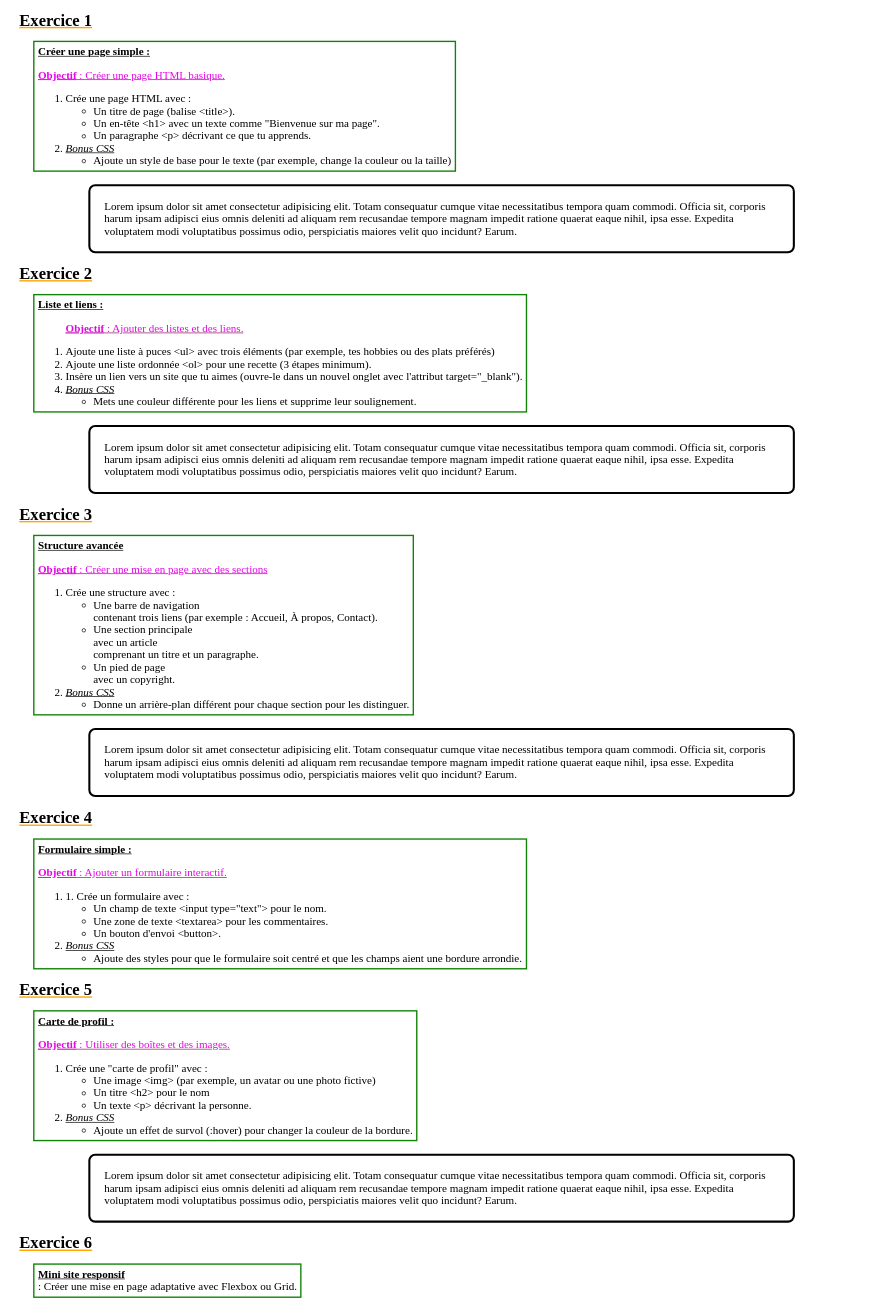
Repository: AnnaSpirit/Mimo_App
Page: Exercices_HTML&CSS.html
These files come from the project's save history. The page is drawn as it stood at one moment and after a run of saves; the edit follows.
The browser window is 1280 px wide. The pictures show the whole page, at 69% of full size.

Above is the page before, as saved 2024-12-08 11:01:28.

### Exercices_HTML&CSS.html
<!DOCTYPE html>
<html lang="en">
<head>
    <meta charset="UTF-8">
    <meta name="viewport" content="width=device-width, initial-scale=1.0">
    <link rel="stylesheet" href="styleCSS.css">
    <title>Exercices HTML & CSS</title>
</head>
<body>
<div>
    <h1>Exercice 1</h1>
    <span class="Consigne"><b>Créer une page simple :</b><br>
        <p><b>Objectif</b> : Créer une page HTML basique.</p>
        <ol>
            <li>Crée une page HTML avec :
                <ul>
                    <li>Un titre de page (balise &lt;title&gt;).</li>
                    <li>Un en-tête &lt;h1&gt; avec un texte comme "Bienvenue sur ma page".</li>
                    <li>Un paragraphe &lt;p&gt; décrivant ce que tu apprends.</li>
                </ul>
            </li>
            <li><em>Bonus CSS</em>
                <ul>
                    <li>Ajoute un style de base pour le texte (par exemple, change la couleur ou la taille)</li>
                </ul>
            </li>
        </ol>
    </span>
    <br>
    <br>
    <span class="Resultat">Lorem ipsum dolor sit amet consectetur adipisicing elit. Totam consequatur cumque vitae necessitatibus tempora quam commodi. Officia sit, corporis harum ipsam adipisci eius omnis deleniti ad aliquam rem recusandae tempore magnam impedit ratione quaerat eaque nihil, ipsa esse. Expedita voluptatem modi voluptatibus possimus odio, perspiciatis maiores velit quo incidunt? Earum.</span>

</div>
    <div>
        <h1>Exercice 2</h1>
    <span class="Consigne"><b>Liste et liens :</b>
        <ol>
            <p><b>Objectif</b> : Ajouter des listes et des liens.</p>
            <li>Ajoute une liste à puces &lt;ul&gt; avec trois éléments (par exemple, tes hobbies ou des plats préférés)</li>
            <li>Ajoute une liste ordonnée &lt;ol&gt; pour une recette (3 étapes minimum).</li>
            <li>Insère un lien <a> vers un site que tu aimes (ouvre-le dans un nouvel onglet avec l'attribut target="_blank").</li>
            <li><em>Bonus CSS</em>
                <ul>
                    <li>Mets une couleur différente pour les liens et supprime leur soulignement.</li>
                </ul>
            </li>
        </ol>
    </span>
    <br>
    <br>
    <span class="Resultat">Lorem ipsum dolor sit amet consectetur adipisicing elit. Totam consequatur cumque vitae
        necessitatibus tempora quam commodi. Officia sit, corporis harum ipsam adipisci eius omnis deleniti ad aliquam rem
        recusandae tempore magnam impedit ratione quaerat eaque nihil, ipsa esse. Expedita voluptatem modi voluptatibus
        possimus odio, perspiciatis maiores velit quo incidunt? Earum.</span>
    </div>
    <div>
        <h1>Exercice 3</h1>
        <span class="Consigne"><b>Structure avancée</b><br>
        <p><b>Objectif</b> : Créer une mise en page avec des sections</p>
        <ol>
            <li>Crée une structure avec :</li>
            <ul>
                <li>Une barre de navigation <nav> contenant trois liens (par exemple : Accueil, À propos, Contact).</li>
                <li>Une section principale <main> avec un article <article> comprenant un titre et un paragraphe.</li>
                <li>Un pied de page <footer> avec un copyright.</li>
            </ul>
            <li><em>Bonus CSS </em></li>
            <ul>
                <li>Donne un arrière-plan différent pour chaque section pour les distinguer.</li>
            </ul></li>
        </ol>
    </span>
    <br>
    <br>
    <span class="Resultat">Lorem ipsum dolor sit amet consectetur adipisicing elit. Totam consequatur cumque vitae
        necessitatibus tempora quam commodi. Officia sit, corporis harum ipsam adipisci eius omnis deleniti ad aliquam rem
        recusandae tempore magnam impedit ratione quaerat eaque nihil, ipsa esse. Expedita voluptatem modi voluptatibus
        possimus odio, perspiciatis maiores velit quo incidunt? Earum.</span>
    </div>
    <div>
        <h1>Exercice 4</h1>
    <span class="Consigne"><b>Formulaire simple :</b><br>
        <p><b>Objectif</b> : Ajouter un formulaire interactif.</p>
        <ol>
            <li>1. Crée un formulaire avec :</li>
                <ul>
                    <li>Un champ de texte &lt;input type="text"&gt; pour le nom.</li>
                    <li>Une zone de texte &lt;textarea&gt; pour les commentaires.</li>
                    <li>Un bouton d'envoi &lt;button&gt;.</li>
                </ul>
            </li>
            <li><em>Bonus CSS</em>
                <ul>
                    <li>Ajoute des styles pour que le formulaire soit centré et que les champs aient une bordure arrondie.</li>
                </ul>
            </li>
        </ol>
    </div>
    <div>
        <h1>Exercice 5</h1>
        <span class="Consigne"><b>Carte de profil :</b><br>
            <p><b>Objectif</b> : Utiliser des boîtes et des images.</p>
            <ol>
                <li>Crée une "carte de profil" avec :</li>
                    <ul>
                        <li>Une image &lt;img&gt; (par exemple, un avatar ou une photo fictive)</li>
                    <li>Un titre &lt;h2&gt; pour le nom</li>
                    <li>Un texte &lt;p&gt; décrivant la personne.</li>
                    </ul>
                <li><em>Bonus CSS</em></li>
                    <ul><li>Ajoute un effet de survol (:hover) pour changer la couleur de la bordure.</li></ul>
                </li>
            </ol>
            </span>
            <br>
            <br>
            <span class="Resultat">Lorem ipsum dolor sit amet consectetur adipisicing elit. Totam consequatur cumque vitae
                necessitatibus tempora quam commodi. Officia sit, corporis harum ipsam adipisci eius omnis deleniti ad aliquam rem
                recusandae tempore magnam impedit ratione quaerat eaque nihil, ipsa esse. Expedita voluptatem modi voluptatibus
                possimus odio, perspiciatis maiores velit quo incidunt? Earum.</span>
    </div>
    <div>
        <h1>Exercice 6</h1>
    <span class="Consigne"><b>Mini site responsif</b><br>
        : Créer une mise en page adaptative avec Flexbox ou Grid.
    </div>
</body>
</html>

### styleCSS.css
html{
    margin: 0 20px 0 20px;
}
h1{
    font-weight: bold;
    font-size: x-large;
    text-decoration: underline orange;
}

ol{
    margin-top: 5px;
    margin-bottom: 0;
}

.Consigne{
    border: 2px solid rgb(17, 132, 7);
        /* Une bordure noire de 2px */
        padding: 5px;
        /* Espace entre le texte et la bordure */
        display: inline-block;
        /* S'assurer que la bordure s'adapte au texte */
        margin: 0 20px;
            /* Décalage de 20px à droite et à gauche */
}
p{
    text-decoration: underline rgb(149, 18, 112);
    color: rgb(228, 7, 228);
}
b, em{
    font-family: fantasy;
    text-decoration: underline;
}
.Resultat{
    border: 3px solid black;
    /* Une bordure noire de 2px */
    padding: 20px;
    /* Espace entre le texte et la bordure */
    border-radius: 10px;
    /* Coins arrondis */
    display: inline-block;
    /* S'assurer que la bordure s'adapte au texte */
    margin: 0 100px 0 100px;
}

After the next 2 saves:
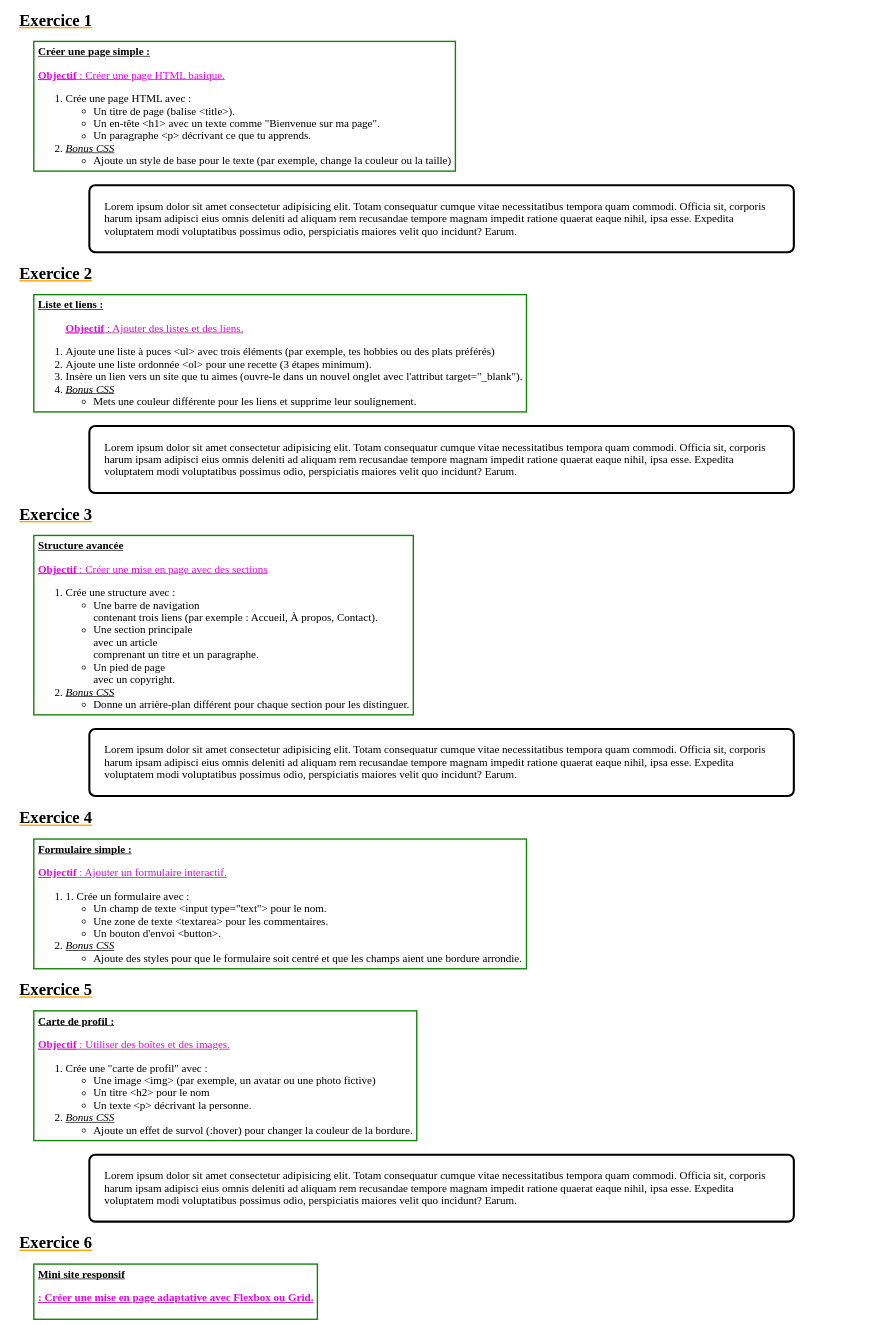
The 2 saves are shown as one change because they came seconds apart.
The last was saved 11 s later.
--- a/Exercices_HTML&CSS.html
+++ b/Exercices_HTML&CSS.html
@@ -122,7 +122,7 @@
     <div>
         <h1>Exercice 6</h1>
     <span class="Consigne"><b>Mini site responsif</b><br>
-        : Créer une mise en page adaptative avec Flexbox ou Grid.
+        <p><b>: Créer une mise en page adaptative avec Flexbox ou Grid.
     </div>
 </body>
 </html>
